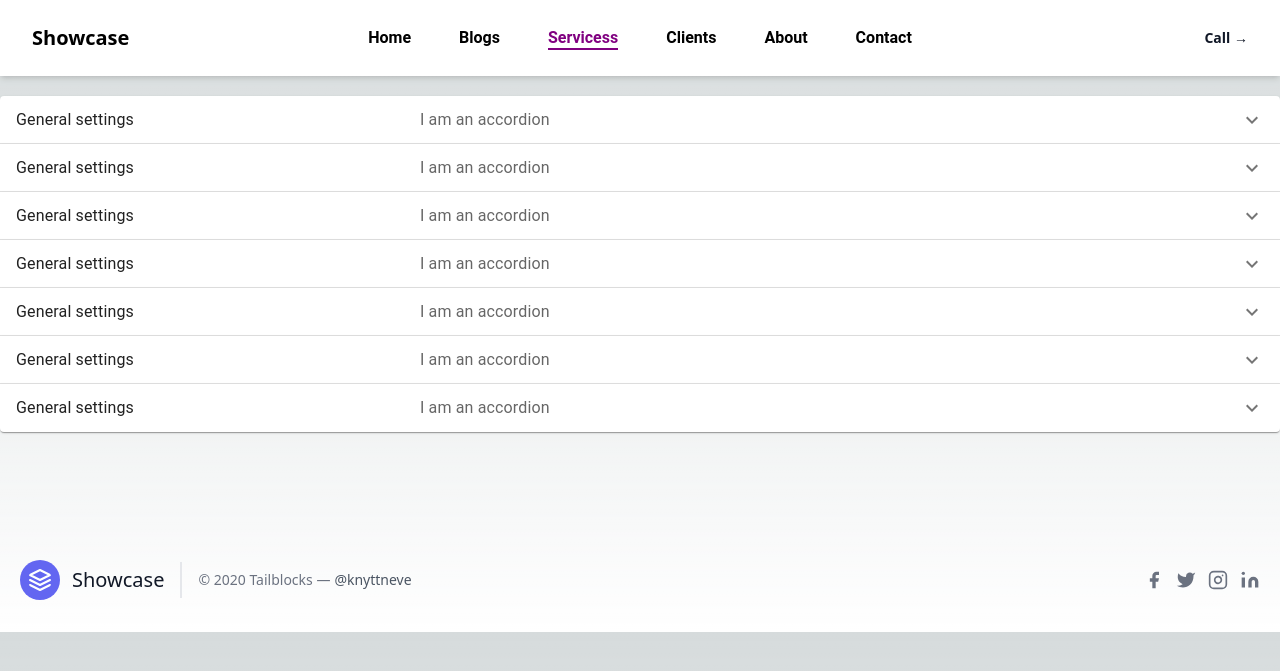
Repository: prashant523580/showcase
Page: /services
An editor plug-in stored every save of this project. The page is shown before and after the next save, followed by the edit.
The browser window is 1280 px wide. The pictures show the whole page.
The project was rebuilt for these pictures with package versions that can differ from the ones it lists, and the page was loaded fresh each time. The framework's server and built-in components were replaced by stand-ins that run in the browser. Also part of the build but not shown: next.config.js.

Above is the page before, as saved 2023-03-25 17:52:36.

### src/pages/_app.tsx
import Footer from '@/components/Footer'
import Navbar from '@/components/Navbar'
import React from "react";
import '@/styles/globals.css'
import type { AppProps } from 'next/app'
import AOS from "aos";
import "aos/dist/aos.css"
export default function App({ Component, pageProps }: AppProps) {
  React.useEffect(()=>{
      AOS.init()
  },[])
  return(
<>
    <Navbar/>
    <Component {...pageProps} />
    <Footer/>
</>
    )
}

### src/pages/services.tsx
import * as React from 'react';
import Accordion from '@mui/material/Accordion';
import AccordionDetails from '@mui/material/AccordionDetails';
import AccordionSummary from '@mui/material/AccordionSummary';
import Typography from '@mui/material/Typography';
import ExpandMoreIcon from '@mui/icons-material/ExpandMore';
const services = [
    {
        id:"1",
        label: "Service 1",
        icon:"icon",
        description:"serices description"
    },
    {
        id:"2",
        label: "Service 1",
        icon:"icon",
        description:"serices description"
    },
    {
        id:"3",
        label: "Service 1",
        icon:"icon",
        description:"serices description"
    },
    {
        id:"4",
        label: "Service 1",
        icon:"icon",
        description:"serices description"
    },
    {
        id:"5",
        label: "Service 1",
        icon:"icon",
        description:"serices description"
    },
    {
        id:"6",
        label: "Service 1",
        icon:"icon",
        description:"serices description"
    },
    {
        id:"7",
        label: "Service 1",
        icon:"icon",
        description:"serices description"
    },
]
export default function Sercices() {
  const [expanded, setExpanded] = React.useState<string | false>(false);

  const handleChange =
    (panel: string) => (event: React.SyntheticEvent, isExpanded: boolean) => {
      setExpanded(isExpanded ? panel : false);
    };

  return (
    <div className='py-24'>
        {
            services.map((service,ind) => {
                return(

                <Accordion expanded={expanded === `panel${ind}`} onChange={handleChange(`panel${ind}`)}>
                    <AccordionSummary
                    expandIcon={<ExpandMoreIcon />}
                    aria-controls="panel1bh-content"
                    id="panel1bh-header"
                    >
                    <Typography sx={{ width: '33%', flexShrink: 0 }}>
                        General settings
                    </Typography>
                    <Typography sx={{ color: 'text.secondary' }}>I am an accordion</Typography>
                    </AccordionSummary>
                    <AccordionDetails>
                    <Typography>
                        Nulla facilisi. Phasellus sollicitudin nulla et quam mattis feugiat.
                        Aliquam eget maximus est, id dignissim quam.
                    </Typography>
                    </AccordionDetails>
                </Accordion>
                )
            })
        }

    </div>
  );
}

### src/components/Footer.tsx
import React from 'react'

export default function Footer() {
  return (
    <footer className="text-gray-600 body-font">
  <div className="container px-5 py-8 mx-auto flex items-center sm:flex-row flex-col">
    <a className="flex title-font font-medium items-center md:justify-start justify-center text-gray-900">
      <svg xmlns="http://www.w3.org/2000/svg" fill="none" stroke="currentColor" stroke-linecap="round" stroke-linejoin="round" stroke-width="2" className="w-10 h-10 text-white p-2 bg-indigo-500 rounded-full" viewBox="0 0 24 24">
        <path d="M12 2L2 7l10 5 10-5-10-5zM2 17l10 5 10-5M2 12l10 5 10-5"></path>
      </svg>
      <span className="ml-3 text-xl">Showcase</span>
    </a>
    <p className="text-sm text-gray-500 sm:ml-4 sm:pl-4 sm:border-l-2 sm:border-gray-200 sm:py-2 sm:mt-0 mt-4">© 2020 Tailblocks —
      <a href="https://twitter.com/knyttneve" className="text-gray-600 ml-1" rel="noopener noreferrer" target="_blank">@knyttneve</a>
    </p>
    <span className="inline-flex sm:ml-auto sm:mt-0 mt-4 justify-center sm:justify-start">
      <a className="text-gray-500">
        <svg fill="currentColor" stroke-linecap="round" stroke-linejoin="round" stroke-width="2" className="w-5 h-5" viewBox="0 0 24 24">
          <path d="M18 2h-3a5 5 0 00-5 5v3H7v4h3v8h4v-8h3l1-4h-4V7a1 1 0 011-1h3z"></path>
        </svg>
      </a>
      <a className="ml-3 text-gray-500">
        <svg fill="currentColor" stroke-linecap="round" stroke-linejoin="round" stroke-width="2" className="w-5 h-5" viewBox="0 0 24 24">
          <path d="M23 3a10.9 10.9 0 01-3.14 1.53 4.48 4.48 0 00-7.86 3v1A10.66 10.66 0 013 4s-4 9 5 13a11.64 11.64 0 01-7 2c9 5 20 0 20-11.5a4.5 4.5 0 00-.08-.83A7.72 7.72 0 0023 3z"></path>
        </svg>
      </a>
      <a className="ml-3 text-gray-500">
        <svg fill="none" stroke="currentColor" stroke-linecap="round" stroke-linejoin="round" stroke-width="2" className="w-5 h-5" viewBox="0 0 24 24">
          <rect width="20" height="20" x="2" y="2" rx="5" ry="5"></rect>
          <path d="M16 11.37A4 4 0 1112.63 8 4 4 0 0116 11.37zm1.5-4.87h.01"></path>
        </svg>
      </a>
      <a className="ml-3 text-gray-500">
        <svg fill="currentColor" stroke="currentColor" stroke-linecap="round" stroke-linejoin="round" stroke-width="0" className="w-5 h-5" viewBox="0 0 24 24">
          <path stroke="none" d="M16 8a6 6 0 016 6v7h-4v-7a2 2 0 00-2-2 2 2 0 00-2 2v7h-4v-7a6 6 0 016-6zM2 9h4v12H2z"></path>
          <circle cx="4" cy="4" r="2" stroke="none"></circle>
        </svg>
      </a>
    </span>
  </div>
</footer>
  )
}

### src/components/Navbar.tsx
// import React from 'react'

// export default function Navbar() {
//   return (
//     <header className="text-gray-600 body-font">
//   <div className="container mx-auto flex flex-wrap p-5 flex-col md:flex-row items-center">
//     <nav className="flex lg:w-2/5 flex-wrap items-center text-base md:ml-auto">
//       <a className="mr-5 hover:text-gray-900">First Link</a>
//       <a className="mr-5 hover:text-gray-900">Second Link</a>
//       <a className="mr-5 hover:text-gray-900">Third Link</a>
//       <a className="hover:text-gray-900">Fourth Link</a>
//     </nav>
//     <a className="flex order-first lg:order-none lg:w-1/5 title-font font-medium items-center text-gray-900 lg:items-center lg:justify-center mb-4 md:mb-0">
//       <svg xmlns="http://www.w3.org/2000/svg" fill="none" stroke="currentColor" stroke-linecap="round" stroke-linejoin="round" stroke-width="2" className="w-10 h-10 text-white p-2 bg-indigo-500 rounded-full" viewBox="0 0 24 24">
//         <path d="M12 2L2 7l10 5 10-5-10-5zM2 17l10 5 10-5M2 12l10 5 10-5"></path>
//       </svg>
//       <span className="ml-3 text-xl">Tailblocks</span>
//     </a>
//     <div className="lg:w-2/5 inline-flex lg:justify-end ml-5 lg:ml-0">
//       <button className="inline-flex items-center bg-gray-100 border-0 py-1 px-3 focus:outline-none hover:bg-gray-200 rounded text-base mt-4 md:mt-0">Button
//         <svg fill="none" stroke="currentColor" stroke-linecap="round" stroke-linejoin="round" stroke-width="2" className="w-4 h-4 ml-1" viewBox="0 0 24 24">
//           <path d="M5 12h14M12 5l7 7-7 7"></path>
//         </svg>
//       </button>
//     </div>
//   </div>
// </header>
//   )
// }
import React, { useState } from 'react'
import {useRouter} from "next/router"
import { Dialog } from '@headlessui/react'
import { Bars3Icon, XMarkIcon } from '@heroicons/react/24/outline'
import Link from 'next/link'

const navigation = [
  { name: 'Home', href: '/' },
  { name: 'Blogs', href: '/blogs' },
  { name: 'Servicess', href: '/services' },
  { name: 'Clients', href: '/clients' },
  { name: 'About', href: '/about' },
  { name: 'Contact', href: '/contact' },
]
function ActiveLink({ children, href } : any) {
  const router = useRouter();
  const style = {
      // padding: 10,
    // marginRight: 10,
    fontWeight:"bold",
    color: router.asPath === href ? 'purple' : 'black',
    boxShadow:  router.asPath === href ? "inset 0 -2px 0 0 purple" : "none",
    fontFamily: "'Roboto', sans-serif",
  }

  const handleClick = (e : any) => {
    e.preventDefault()
    router.push(href)
  }

  return (
    <a href={href} onClick={handleClick} style={style}>
      {children}
    </a>
  )
}
export default function Example() {
  const [mobileMenuOpen, setMobileMenuOpen] = useState(false)

  return (
    <div className="bg-white">
      <header className="absolute shadow-md bg-white inset-x-0 top-0 z-50">
        <nav className="flex items-center justify-between p-6 lg:px-8" aria-label="Global">
          <div className="flex lg:flex-1">
            <Link href="/" className="-m-1.5 p-1.5">
              <span className="sr-only">Showcase</span>
              {/* <img
                className="h-8 w-auto"
                src="https://tailwindui.com/img/logos/mark.svg?color=indigo&shade=600"
                alt=""
              /> */}
              <h1 className='font-bold text-xl'>Showcase</h1>
            </Link>
          </div>
          <div className="flex lg:hidden">
            <button
              type="button"
              className="-m-2.5 inline-flex items-center justify-center rounded-md p-2.5 text-gray-700"
              onClick={() => setMobileMenuOpen(true)}
            >
              <span className="sr-only">Open main menu</span>
              <Bars3Icon className="h-6 w-6" aria-hidden="true" />
            </button>
          </div>
          <div className="hidden lg:flex lg:gap-x-12">
            {navigation.map((item) => (
              <ActiveLink key={item.name} href={item.href}>
                {item.name}
              </ActiveLink>
            ))}
          </div>
          <div className="hidden lg:flex lg:flex-1 lg:justify-end">
            <Link href="tel:+9779816514719" className="text-sm font-semibold leading-6 text-gray-900">
              Call <span aria-hidden="true">&rarr;</span>
            </Link>
          </div>
        </nav>
        <Dialog as="div" className="lg:hidden transition-all" open={mobileMenuOpen} onClose={setMobileMenuOpen}>
          <div className="fixed inset-0 z-50  transition-all" />
          <Dialog.Panel className="fixed transition-all inset-y-0 right-0 z-50 w-full overflow-y-auto bg-white px-6 py-6 sm:max-w-sm sm:ring-1 sm:ring-gray-900/10">
            <div className="flex items-center justify-between">
              <Link href="#" className="-m-1.5 p-1.5">
                <span className="sr-only">Showcase</span>
                <img
                  className="h-8 w-auto"
                  src="https://tailwindui.com/img/logos/mark.svg?color=indigo&shade=600"
                  alt=""
                />
              </Link>
              <button
                type="button"
                className="-m-2.5 rounded-md p-2.5 text-gray-700"
                onClick={() => setMobileMenuOpen(false)}
              >
                <span className="sr-only">Close menu</span>
                <XMarkIcon className="h-6 w-6" aria-hidden="true" />
              </button>
            </div>
            <div className="mt-6 flow-root">
              <div className="-my-6 divide-y divide-gray-500/10">
                <div className="space-y-2 py-6">
                  {navigation.map((item) => (
                    <Link
                      key={item.name}
                      href={item.href}
                      className="-mx-3 block rounded-lg py-2 px-3 text-base font-semibold leading-7 text-gray-900 hover:bg-gray-50"
                    >
                      {item.name}
                    </Link>
                  ))}
                </div>
                <div className="py-6">
                  <Link
                    href="#"
                    className="-mx-3 block rounded-lg py-2.5 px-3 text-base font-semibold leading-7 text-gray-900 hover:bg-gray-50"
                  >
                    Log in
                  </Link>
                </div>
              </div>
            </div>
          </Dialog.Panel>
        </Dialog>
      </header>


    </div>
  )
}

### src/styles/globals.css
@tailwind base;
@tailwind components;
@tailwind utilities;
@import url('https://fonts.googleapis.com/css2?family=Aclonica&family=Caveat&family=DM+Serif+Text&family=Oswald&family=Roboto&family=Vollkorn&display=swap');

:root {
  --max-width: 1100px;
  --border-radius: 12px;
  --font-mono: ui-monospace, Menlo, Monaco, 'Cascadia Mono', 'Segoe UI Mono',
    'Roboto Mono', 'Oxygen Mono', 'Ubuntu Monospace', 'Source Code Pro',
    'Fira Mono', 'Droid Sans Mono', 'Courier New', monospace;

  --foreground-rgb: 0, 0, 0;
  --background-start-rgb: 214, 219, 220;
  --background-end-rgb: 255, 255, 255;

  --primary-glow: conic-gradient(
    from 180deg at 50% 50%,
    #16abff33 0deg,
    #0885ff33 55deg,
    #54d6ff33 120deg,
    #0071ff33 160deg,
    transparent 360deg
  );
  --secondary-glow: radial-gradient(
    rgba(255, 255, 255, 1),
    rgba(255, 255, 255, 0)
  );

  --tile-start-rgb: 239, 245, 249;
  --tile-end-rgb: 228, 232, 233;
  --tile-border: conic-gradient(
    #00000080,
    #00000040,
    #00000030,
    #00000020,
    #00000010,
    #00000010,
    #00000080
  );

  --callout-rgb: 238, 240, 241;
  --callout-border-rgb: 172, 175, 176;
  --card-rgb: 180, 185, 188;
  --card-border-rgb: 131, 134, 135;
}

@media (prefers-color-scheme: dark) {
  :root {
    --foreground-rgb: 255, 255, 255;
    --background-start-rgb: 0, 0, 0;
    --background-end-rgb: 0, 0, 0;

    --primary-glow: radial-gradient(rgba(1, 65, 255, 0.4), rgba(1, 65, 255, 0));
    --secondary-glow: linear-gradient(
      to bottom right,
      rgba(1, 65, 255, 0),
      rgba(1, 65, 255, 0),
      rgba(1, 65, 255, 0.3)
    );

    --tile-start-rgb: 2, 13, 46;
    --tile-end-rgb: 2, 5, 19;
    --tile-border: conic-gradient(
      #ffffff80,
      #ffffff40,
      #ffffff30,
      #ffffff20,
      #ffffff10,
      #ffffff10,
      #ffffff80
    );

    --callout-rgb: 20, 20, 20;
    --callout-border-rgb: 108, 108, 108;
    --card-rgb: 100, 100, 100;
    --card-border-rgb: 200, 200, 200;
  }
}

* {
  box-sizing: border-box;
  padding: 0;
  margin: 0;
}

html,
body {
  max-width: 100vw;
  overflow-x: hidden;

}

body {
  color: rgb(var(--foreground-rgb));
  background: linear-gradient(
      to bottom,
      transparent,
      rgb(var(--background-end-rgb))
    )
    rgb(var(--background-start-rgb));
      /*
    font-family: 'Vollkorn', serif;
    font-family: 'Oswald', sans-serif;
    font-family: 'Aclonica', sans-serif;
    font-family: 'Caveat', cursive;
    font-family: 'DM Serif Text', serif;
    font-family: 'Roboto', sans-serif;
    */
}

a {
  color: inherit;
  text-decoration: none;
}

@media (prefers-color-scheme: dark) {
  html {
    color-scheme: dark;
  }
}

Loaded but not shown: src/pages/_document.tsx (common file); tailwind.config.js (common file)

After the next save:
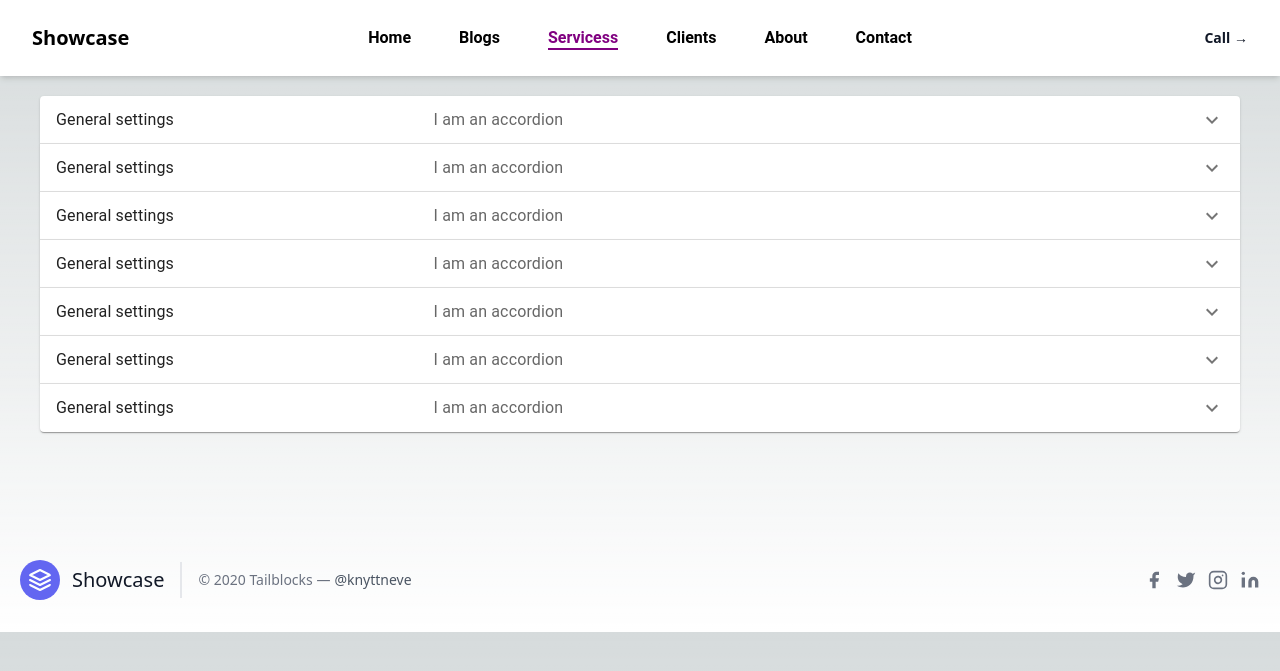
Saved 15 s later.
--- a/src/pages/services.tsx
+++ b/src/pages/services.tsx
@@ -57,7 +57,7 @@ export default function Sercices() {
     };
 
   return (
-    <div className='py-24'>
+    <div className='py-24 px-10'>
         {
             services.map((service,ind) => {
                 return(
